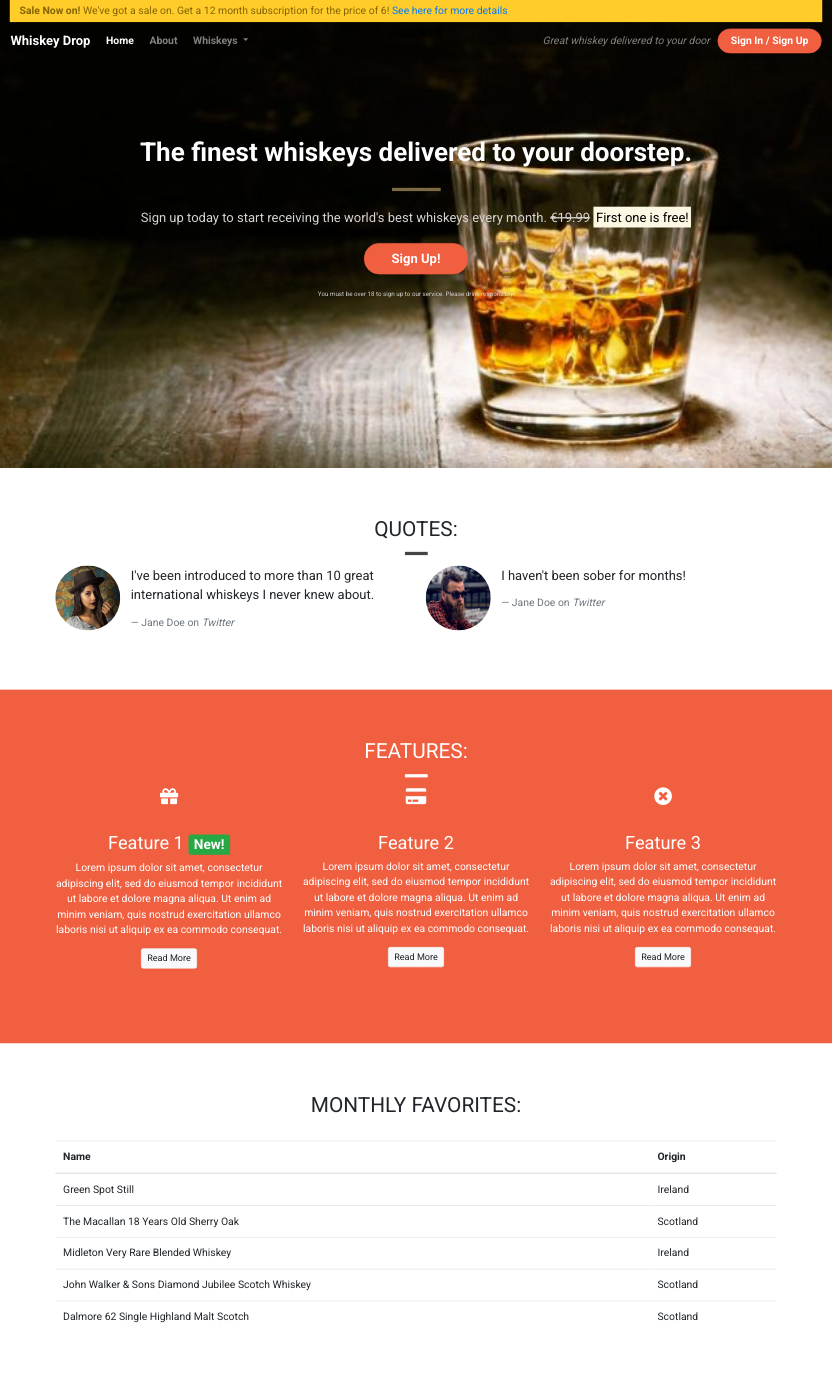
Repository: grisselfaura/BootstrappingYourNextBigIdea-BS4
Page: index.html
The author's editor kept a record of every edit. The page is drawn from the files as they stood at one moment, then again after the next edit.
The browser window is 1280 px wide. The pictures show the whole page, at 65% of full size.
Backgrounds fixed to the window are drawn as part of the page. Some web libraries are served in a nearby version.

Above is the page before.

### index.html
<!DOCTYPE html>
<html lang="en-us">

<head>
    <meta charset="utf-8">
    <meta name="viewport" content="width=device-width, initial-scale=1.0">
    <title>Whiskey Drop | Taste a new whiskey every month</title>
    <link rel="stylesheet" href="https://maxcdn.bootstrapcdn.com/bootstrap/4.1.3/css/bootstrap.min.css">
    <link rel="stylesheet" href="https://use.fontawesome.com/releases/v5.6.1/css/all.css" integrity="sha384-gfdkjb5BdAXd+lj+gudLWI+BXq4IuLW5IT+brZEZsLFm++aCMlF1V92rMkPaX4PP" crossorigin="anonymous">
    <link href="https://fonts.googleapis.com/css?family=Roboto:400,700&display=swap" rel="stylesheet">
    <link rel="stylesheet" href="css/style.css" type="text/css" />
</head>

<body>
    <div class="container-fluid navalert-container">
        <div class="container-fluid alert-container">
            <div class="row d-none d-sm-block">
                <div class="col-12">
                    <div class="site-wide-alert alert-warning">
                        <strong>Sale Now on!</strong> We've got a sale on. Get a 12 month subscription for the price of 6! <a href="">See here for more details</a>
                    </div>
                </div>
            </div>
        </div>
        <nav class="navbar navbar-dark navbar-expand-sm">
            <a href="/" class="navbar-brand">Whiskey Drop</a>

            <button class="navbar-toggler ml-auto" type="button" data-toggle="collapse" data-target="#navbarNavDropdown" aria-controls="navbarNavDropdown" aria-expanded="false" aria-label="Toggle navigation">
            <span class="navbar-toggler-icon"></span></button>

            <div class="collapse navbar-collapse" id="navbarNavDropdown">
                <ul class="navbar-nav mr-auto">
                    <li class="active nav-item mr-2"><a class="nav-link" href="/">Home</a></li>
                    <li class="nav-item mr-2"><a class="nav-link" href="">About</a></li>
                    <li class="nav-item dropdown">
                        <a class="nav-link dropdown-toggle" href="#" id="navbarDropdownMenuLink" role="button" data-toggle="dropdown" aria-haspopup="true" aria-expanded="false">
                  Whiskeys
            </a>
                        <div class="dropdown-menu" aria-labelledby="navbarDropdownMenuLink">
                            <a class="dropdown-item" href="#">Irish</a>
                            <a class="dropdown-item" href="#">Scotch</a>
                            <a class="dropdown-item" href="#">Japanese</a>
                            <a class="dropdown-item" href="#">American</a>
                        </div>
                    </li>

                    <li class="nav-item mr-2 d-block d-sm-none"><a class="nav-link" href="">Sign In / Sign Up</a></li>
                </ul>
            </div>
            <div class="d-none d-md-block">
                <p class="navbar-text my-auto mr-2"><i>Great whiskey delivered to your door</i></p>
                <a href="/login" class="btn btn--cta btn--red">Sign In / Sign Up</a>
            </div>
            <!--</div>-->
        </nav>
    </div>
    <!-- Callout -->
    <div class="container-fluid callout-container">
        <div class="opaque-overlay">&nbsp;</div>
        <div class="row">
            <div class="col-12">
                <section class="callout jumbotron text-center">
                    <h1 class="jumbotron-header">The finest whiskeys delivered to your doorstep.</h1>
                    <hr class="block-divider block-divider--orange">

                    <p class="lead">Sign up today to start receiving the world's best whiskeys every month.
                        <s class="d-none d-sm-inline">€19.99</s>
                        <span class="d-inline d-sm-none"><br></span>
                        <strong><mark>First one is free!</mark></strong></p>
                    <p><button class="btn btn-lg btn--cta btn--red" data-toggle="modal" data-target="#signUpModal">Sign Up!</button></p>
                    <p class="text-muted"><small>You must be over 18 to sign up to our service. Please drink responsibly.</small></p>
                </section>
            </div>
        </div>
    </div>
    <!-- /.callout -->

    <!-- Quotes -->
    <div class="container-wrapper">
        <div class="container quotes-container content-container">
            <section class="quotes">
                <div class="row">
                    <div class="col-12 page-header">
                        <h2 class="text-uppercase">Quotes:</h2>
                        <hr class="block-divider block-divider--short">
                    </div>
                </div>
                <div class="row">
                    <div class="col-12 col-md-6">
                        <div class="media">
                            <div class="d-none d-sm-block">
                                <img src="images/girl-image.png" class="rounded-circle mr-3" height=100 width=100>
                            </div>
                            <div class="media-body">
                                <blockquote class="blockquote">
                                    <p>I've been introduced to more than 10 great international whiskeys I never knew about.</p>
                                    <footer class="blockquote-footer">Jane Doe on <cite title="Twitter">Twitter</cite></footer>
                                </blockquote>
                            </div>
                        </div>
                    </div>
                    <div class="col-12 col-md-6">
                        <div class="media">
                            <div class="d-none d-sm-block">
                                <img src="images/guy-image.png" class="rounded-circle mr-3" height=100 width=100>
                            </div>
                            <div class="media-body">
                                <blockquote class="blockquote">
                                    <p>I haven't been sober for months!</p>
                                    <footer class="blockquote-footer">Jane Doe on <cite title="Twitter">Twitter</cite></footer>
                                </blockquote>
                            </div>
                        </div>
                    </div>
                </div>
            </section>
            <!-- /.quotes -->
        </div>
    </div>
    <!-- Features -->
    <div class="container-wrapper container-wrapper--red">
        <div class="container features-container content-container">
            <section class="features">
                <div class="row">
                    <div class="col-12 page-header">
                        <h2 class="text-uppercase">Features:</h2>
                        <hr class="block-divider block-divider--short block-divider--white">
                    </div>
                </div>
                <div class="row">
                    <div class="col-12 col-md-6 col-lg-4">
                        <div class="feature">
                            <h3><i class="fas fa-gift d-none d-sm-block"></i> Feature 1 <span class="badge badge-success">New!</span></h3>
                            <p>Lorem ipsum dolor sit amet, consectetur adipiscing elit, sed do eiusmod tempor incididunt ut labore et dolore magna aliqua. Ut enim ad minim veniam, quis nostrud exercitation ullamco laboris nisi ut aliquip ex ea commodo consequat.</p>
                            <p><a class="btn btn-sm btn-light" href="">Read More</a></p>
                        </div>
                    </div>
                    <div class="col-12 col-md-6 col-lg-4">
                        <div class="feature">
                            <h3><i class="fas fa-credit-card d-none d-sm-block"></i> Feature 2</h3>
                            <p>Lorem ipsum dolor sit amet, consectetur adipiscing elit, sed do eiusmod tempor incididunt ut labore et dolore magna aliqua. Ut enim ad minim veniam, quis nostrud exercitation ullamco laboris nisi ut aliquip ex ea commodo consequat.</p>
                            <p><a class="btn btn-sm btn-light" href="">Read More</a></p>
                        </div>
                    </div>
                    <div class="col-12 d-md-none d-lg-block col-lg-4">
                        <div class="feature">
                            <h3><i class="fas fa-times-circle d-none d-sm-block"></i> Feature 3</h3>
                            <p>Lorem ipsum dolor sit amet, consectetur adipiscing elit, sed do eiusmod tempor incididunt ut labore et dolore magna aliqua. Ut enim ad minim veniam, quis nostrud exercitation ullamco laboris nisi ut aliquip ex ea commodo consequat.</p>
                            <p><a class="btn btn-sm btn-light" href="">Read More</a></p>
                        </div>
                    </div>
                </div>
            </section>
            <!-- /.features -->
        </div>
    </div>

 <!-- Monthly favorites -->
    <div class="container-wrapper">
        <div class="container quotes-container content-container">
            <section class="Monthly favorites">
                <div class="row">
                    <div class="col-12 page-header">
                        <h2 class="text-uppercase">Monthly favorites:</h2>
                        <hr class="block-divider block-divider--short block-divider--white">
                    </div>
                </div>
                <table class="table">
                    <thead>
                        <tr>
                            <th scope="col">Name</th>
                            <th scope="col">Origin</th>
                        </tr>
                    </thead>
                    <tbody>
                        <tr>
                            <td>Green Spot Still</td>
                            <td>Ireland</td>
                        </tr>
                        <tr>
                            <td>The Macallan 18 Years Old Sherry Oak</td>
                            <td>Scotland</td>
                        </tr>
                        <tr>
                            <td>Midleton Very Rare Blended Whiskey</td>
                            <td>Ireland</td>
                        </tr>
                        <tr>
                            <td>John Walker & Sons Diamond Jubilee Scotch Whiskey</td>
                            <td>Scotland</td>
                        </tr>
                        <tr>
                            <td>Dalmore 62 Single Highland Malt Scotch</td>
                            <td>Scotland</td>
                        </tr>
                    </tbody>
                </table>
            </section>
        </div>
    </div>

    <div class="modal" tabindex="-1" role="dialog" id="signUpModal">
        <div class="modal-dialog" role="document">
            <div class="modal-content">
                <div class="modal-header">
                    <h5 class="modal-title">Sign Up To Whiskey Drop!</h5>
                    <button type="button" class="close" data-dismiss="modal" aria-label="Close">
          <span aria-hidden="true">&times;</span>
        </button>
                </div>
                <div class="modal-body">
                    <form>
                        <div class="form-group">
                            <label for="exampleInputEmail1">Email address</label>
                            <input type="email" class="form-control" id="exampleInputEmail1" aria-describedby="emailHelp" placeholder="Enter email">
                            <small id="emailHelp" class="form-text text-muted">We'll never share your email with anyone else.</small>
                        </div>
                        <div class="form-group">
                            <label for="password">Password</label>
                            <input type="password" class="form-control" id="password" placeholder="Password">
                        </div>
                        <div class="form-group">
                            <label for="repeatPassword">Repeat Password</label>
                            <input type="password" class="form-control" id="repeatPassword" placeholder="Repeat Password">
                        </div>
                        <button type="submit" class="btn btn-success">Submit</button>
                    </form>
                </div>
            </div>
        </div>
    </div>

    <script src="https://code.jquery.com/jquery-3.3.1.slim.min.js" integrity="sha384-q8i/X+965DzO0rT7abK41JStQIAqVgRVzpbzo5smXKp4YfRvH+8abtTE1Pi6jizo" crossorigin="anonymous"></script>
    <script src="https://cdnjs.cloudflare.com/ajax/libs/popper.js/1.14.3/umd/popper.min.js" integrity="sha384-ZMP7rVo3mIykV+2+9J3UJ46jBk0WLaUAdn689aCwoqbBJiSnjAK/l8WvCWPIPm49" crossorigin="anonymous"></script>
    <script src="https://stackpath.bootstrapcdn.com/bootstrap/4.1.3/js/bootstrap.min.js" integrity="sha384-ChfqqxuZUCnJSK3+MXmPNIyE6ZbWh2IMqE241rYiqJxyMiZ6OW/JmZQ5stwEULTy" crossorigin="anonymous"></script>
</body>

</html>

### css/style.css
body {
    font-family: 'Roboto', sans-serif;
}

.container-wrapper {}

.container-wrapper--red {
    background-color: #f05f40;
    color: white;
}

.alert-container .col-12{
    padding-left: 0
    padding-right:0;
}

.site-wide-alert {
    border-radius: 0;
    margin-bottom: 0;
    padding: 5px 15px;
    background-color: #ffcc29;
    border-color: #ffcc29;
}

.callout-container {
    height:100vh;
    background: url("../images/Whiskey-background.jpg") no-repeat bottom right fixed;
      -webkit-background-size: cover;
      -moz-background-size: cover;
      -o-background-size: cover;
      background-size: cover;
      display: flex;
      align-items: center;
      justify-content: center;
      position: relative;
}

.opaque-overlay {
    position: absolute;
    top: 0;
    left: 0;
    height: 100%;
    width: 100%
    background-color: rgba(0,0,0,0.5);
}
.quotes-container {}

.features-container {}

/*Page headers*/

.page-header {
    margin bottom: 0;
    border bottom: 0;
    text-align: center;
}

.page-header h2 {
    margin top: 0;
}

/*Block-dividers*/

.block-divider {
    width: 75px;
    height: 5px;
    border: 0;
    background-color: #444;
}

.block-divider--orange {
    background-color: #7c6945;
}

.block-divider--white {
    background-color: white
}

.block-divider--short {
    width: 35px;
}

/*Content containers*/

.content-container {
    padding-top: 75px;
    padding-bottom: 75px;
}

/*Navbar*/

.navalert-container {
    position: absolute;
    top: 0;
    left: 0;
    padding-left: 0;
    padding-right: 0;
    z-index: 1;
}

.navbar {
    margin-bottom: 0;
    border: 0;
    width: 100%;
    background-color: rgba(0,0,0,0.25);
}

.navbar .navbar-toggler {
    border:0;
}

.navbar-brand {
    font-weight: bold;
}

.navbar .navbar-nav a {
    font-weight: bold;
}
/*Jumbotron*/
.jumbotron {
    background-color: transparent;
}

.jumbotron-header {
    color: white;
    font-weight: bold;
    margin-bottom: 30px;
}

.jumbotron .lead {
    margin: 25px;
    color: #d7d3d3;
}

.jumbotron small {
    font-size: 60%;
    font-size: italic;
    color: #d0d0d0;
}

/*Buttons*/
.btn--cta {
    font-weight: bold;
    border-radius: 23px;
    width: 160px;
}

.btn--red {
    color: white;
    background-color: #f05f40;
    border-color:#f05f40;
}

.btn-red:hover,
.btn--red:active,
.btn--red:focus,
.btn--red:active:hover {
    background-color: #c38f84;
    border-color: #c38f84;
}

.feature {
    text-align: center;
    margin-bottom : 40px;
}

.feature i {
    text-align: center;
    margin-bottom : 40px;
}

After the next edit:
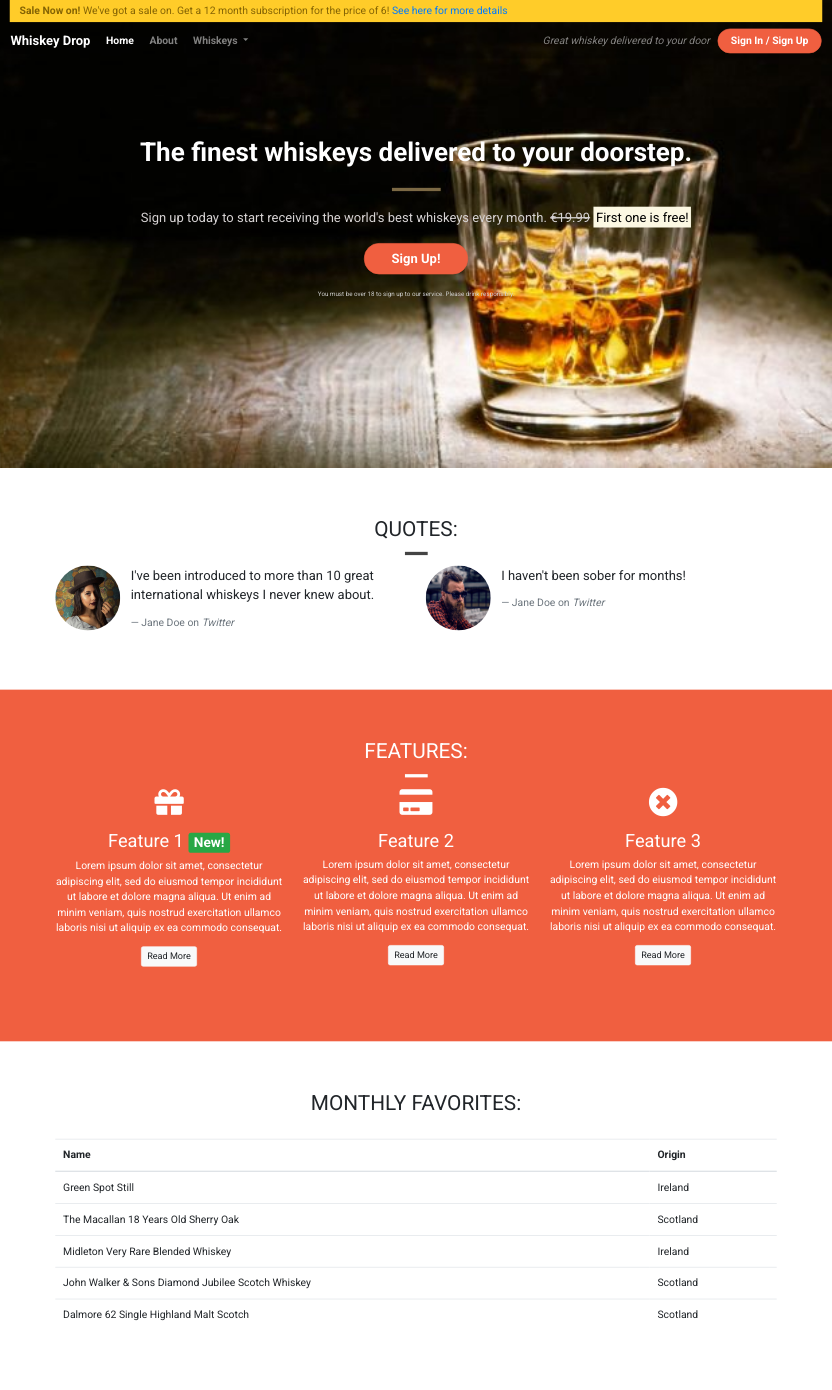
The edit:
--- a/css/style.css
+++ b/css/style.css
@@ -166,5 +166,7 @@
 
 .feature i {
     text-align: center;
-    margin-bottom : 40px;
+    margin-bottom : 20px;
+    font-size: 45px;
+    line-height: 45px
 }
